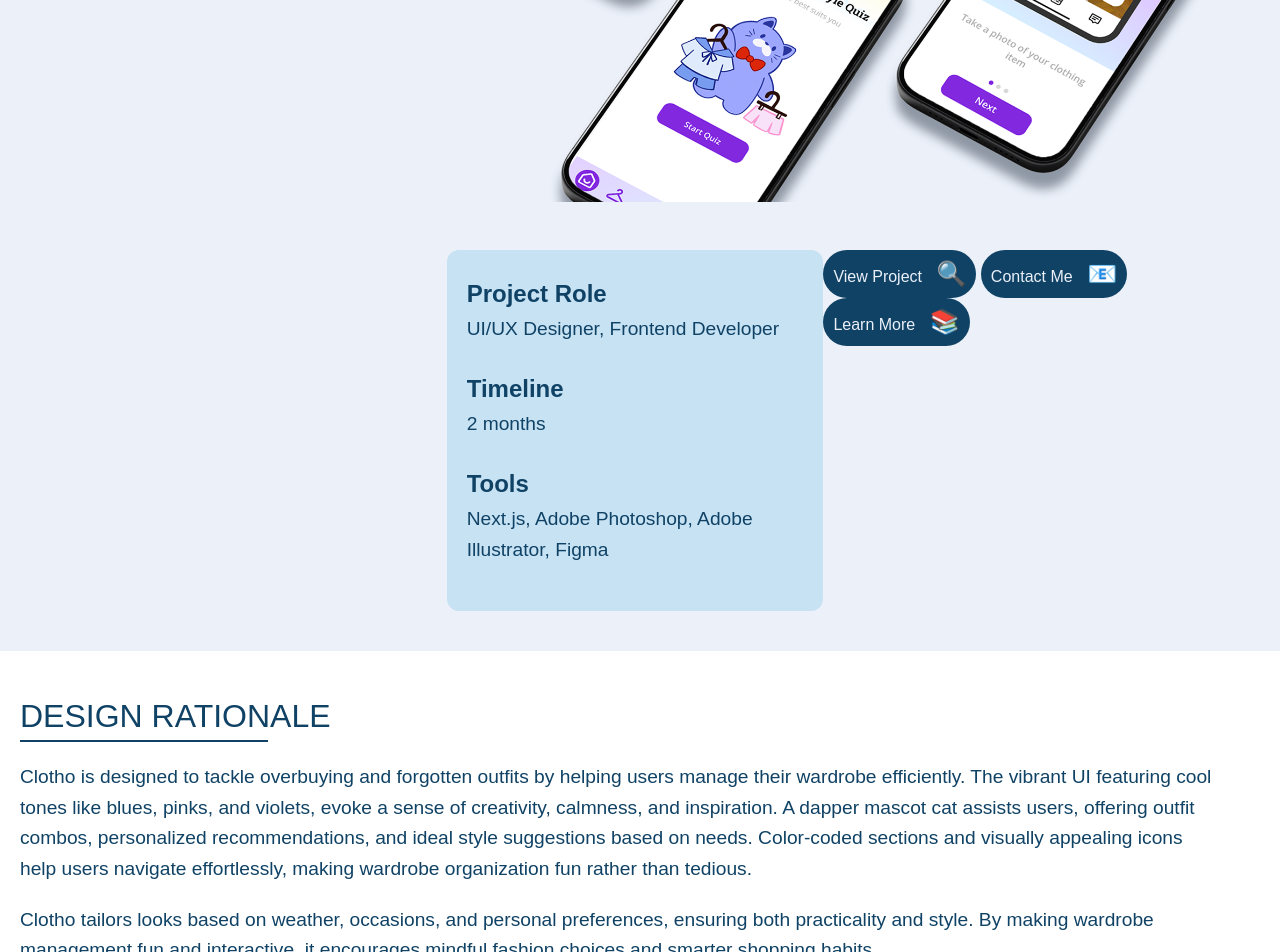
Repository: navnneett/nav-portfolio
Page: html/clotho.html
The author's editor kept a copy of each file at every save. The page is drawn from the files as they stood at one save, then again after the next save.
The browser window is 1280 px wide. The pictures show the part of the page from y = 622 to 1574 px (the page is 7786 px tall).
A picture or video elsewhere on the page could not be fetched, so the positions and the page height are approximate.

Above is the page before, as saved 2025-03-24 05:13:25.

After the next save:
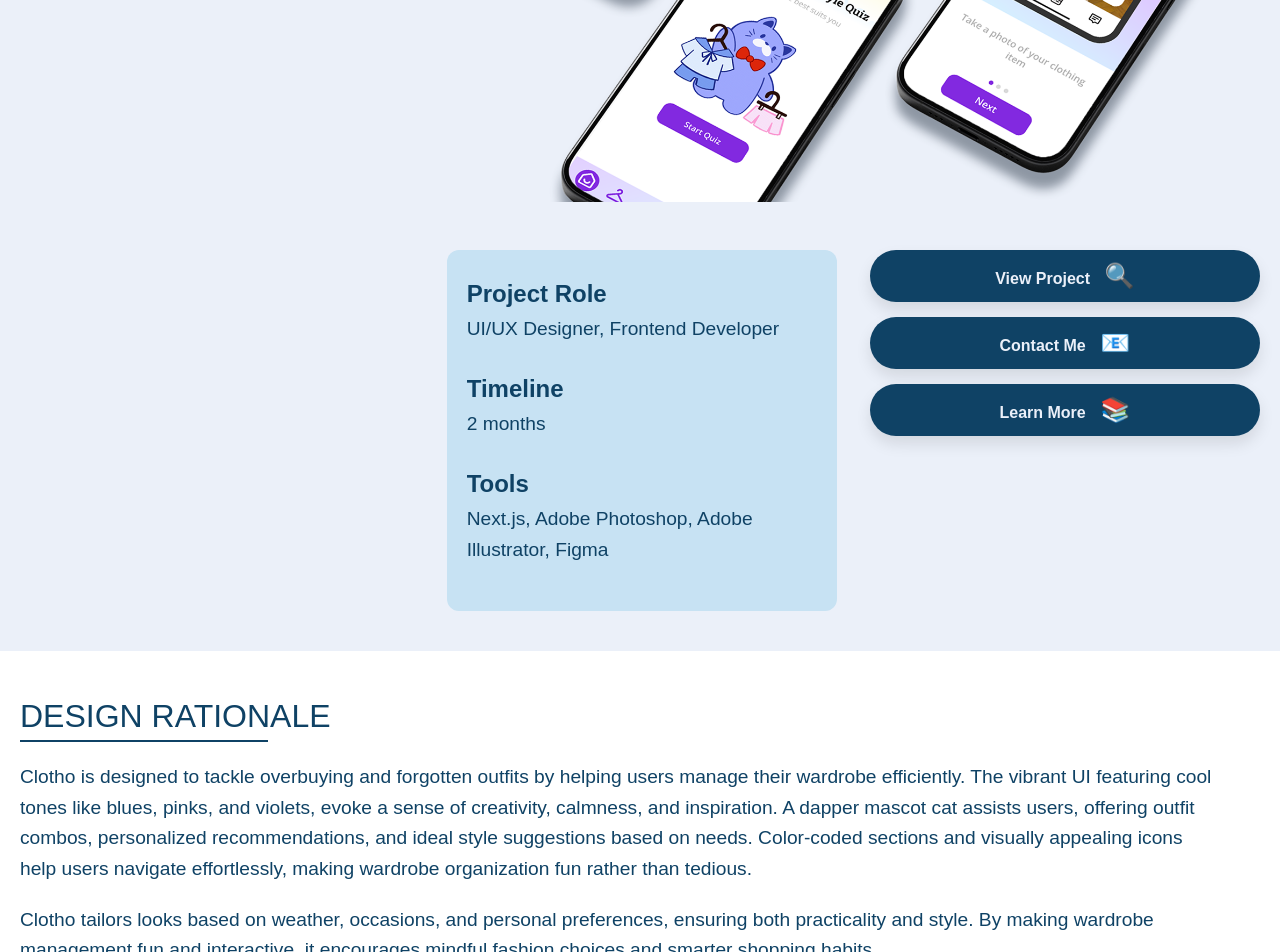
Saved 40 s later.
--- a/css/clotho.css
+++ b/css/clotho.css
@@ -92,25 +92,40 @@
     margin-bottom: 25px;
 }
 
+/* Buttons Section */
+.buttons {
+    width: 48%;
+    display: flex;
+    flex-direction: column;
+    gap: 15px;
+}
+
 /* Buttons Styling */
 .btn {
     background-color: var(--primary-color);
     color: white;
-    padding: 10px;
+    padding: 12px 25px;  /* Adjusted padding for a bigger button */
     border: none;
-    border-radius: 30px;
-    justify-content: space-between;
+    border-radius: 50px;  /* More rounded corners for a softer look */
+    justify-content: center;
     align-items: center;
     font-size: 1rem;
+    font-weight: bold;
     cursor: pointer;
-    transition: background-color 0.3s;
-}
-
+    transition: all 0.3s ease;  /* Smooth transition for all properties */
+    box-shadow: 0 8px 15px rgba(0, 0, 0, 0.1); /* Bigger shadow for depth */
+    position: relative;
+}
+
+/* Hover Effects */
 .btn:hover {
     background-color: var(--secondary-color);
     color: var(--primary-color);
-}
-
+    transform: scale(1.05);  /* Slightly grows the button on hover */
+    box-shadow: 0 10px 20px rgba(0, 0, 0, 0.2);  /* Stronger shadow */
+}
+
+/* Button Icon */
 .btn-icon {
     font-size: 1.5rem;
     margin-left: 10px;
